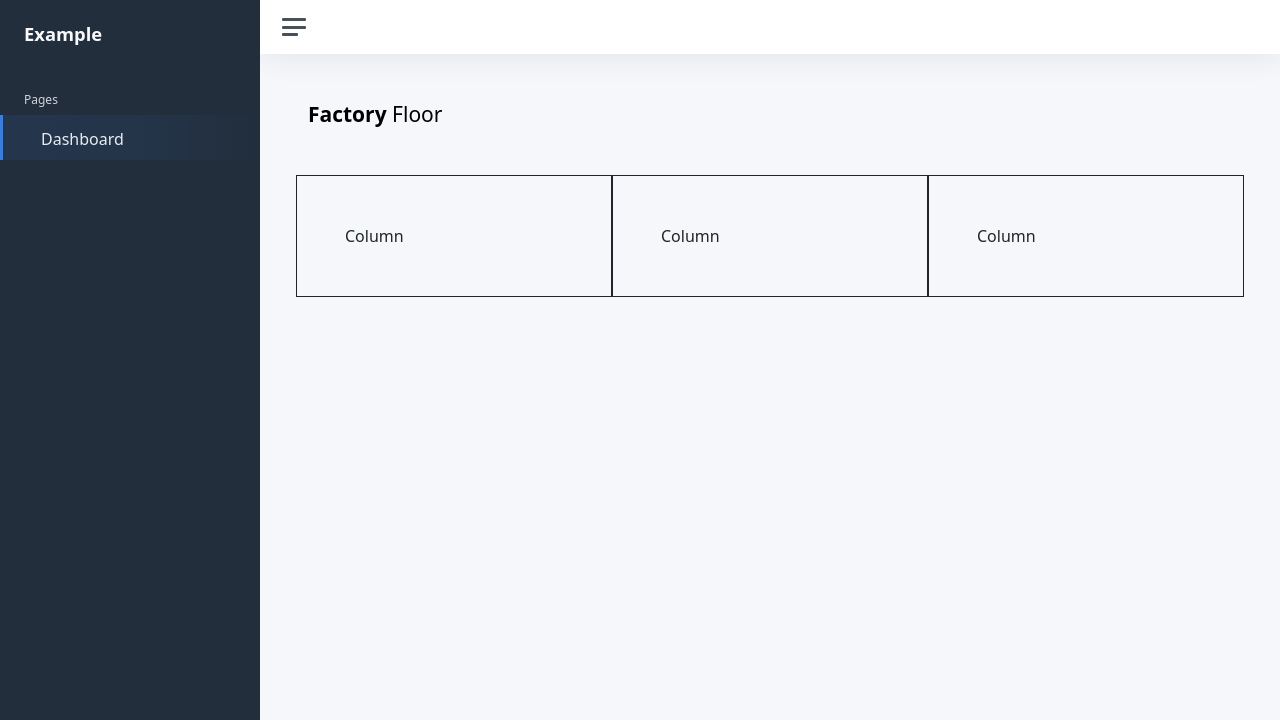
Repository: nick2price2003/rr-app
Page: /
An editor plug-in stored every save of this project. The page is shown before and after a run of saves, followed by the edit.
The browser window is 1280 px wide. The pictures show the whole page.
The project was rebuilt for these pictures with package versions that can differ from the ones it lists, and the page was loaded fresh each time. The framework's server and built-in components were replaced by stand-ins that run in the browser. Also part of the build but not shown: next.config.js.

Above is the page before, as saved 2022-10-11 13:17:31.

After the next 2 saves:
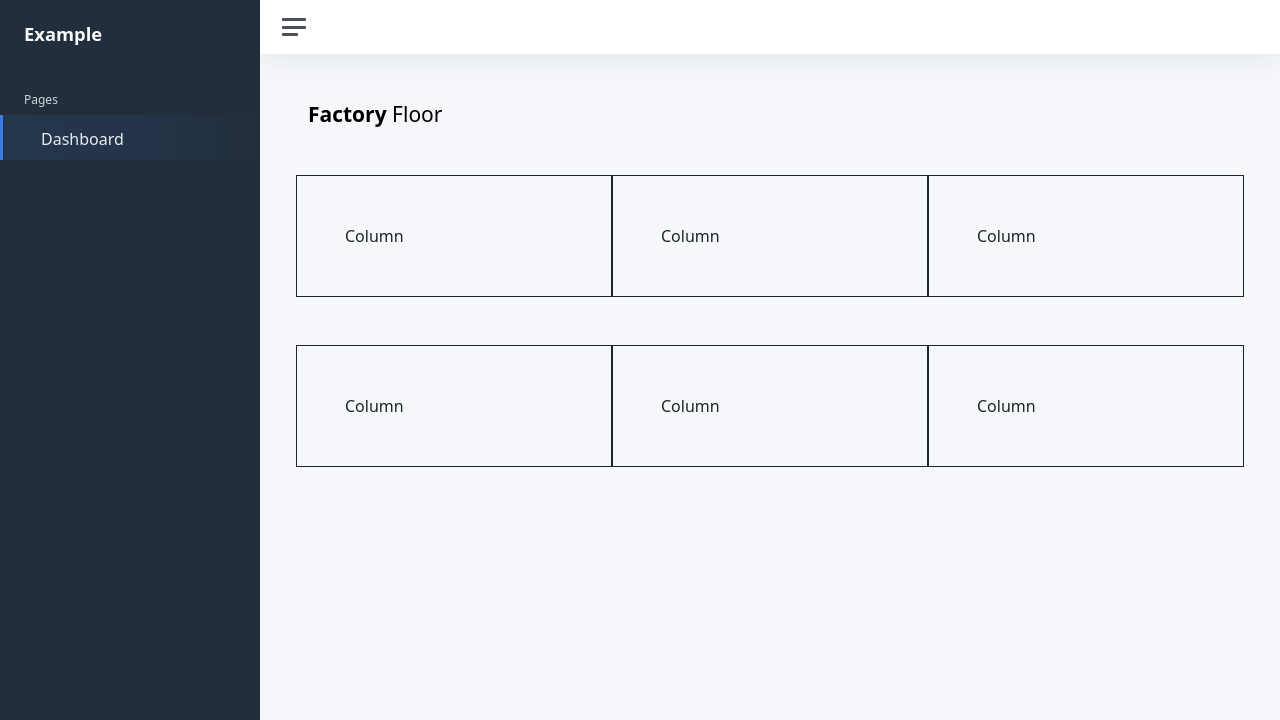
The 2 saves are shown as one change because they came seconds apart.
The last was saved 24 s later.
--- a/pages/index.js
+++ b/pages/index.js
@@ -45,6 +45,11 @@ export default function Home() {
                 <div className='col col-grid'>Column</div>
                 <div className='col col-grid'>Column</div>
               </div>
+              <div className='row'>
+                <div className='col col-grid'>Column</div>
+                <div className='col col-grid'>Column</div>
+                <div className='col col-grid'>Column</div>
+              </div>
             </div>
           </main>
         </div>
